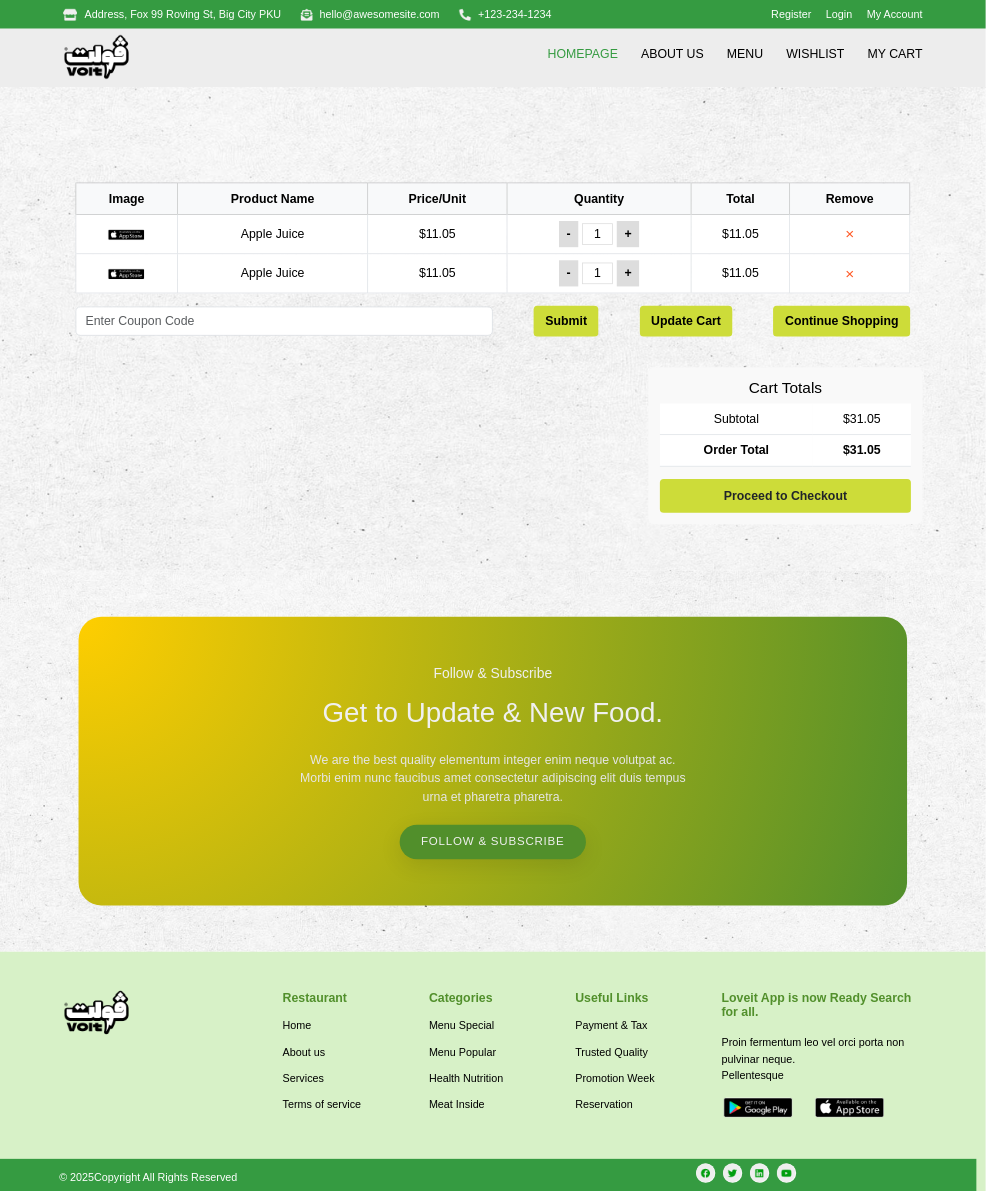
Repository: junivig/volt-new-project
Page: checkout.html
These files come from the project's save history. The page is drawn as it stood at one moment and after the next save; the edit follows.
The browser window is 1280 px wide. The pictures show the whole page, at 77% of full size.

Above is the page before, as saved 2025-01-31 18:00:50.

After the next save:
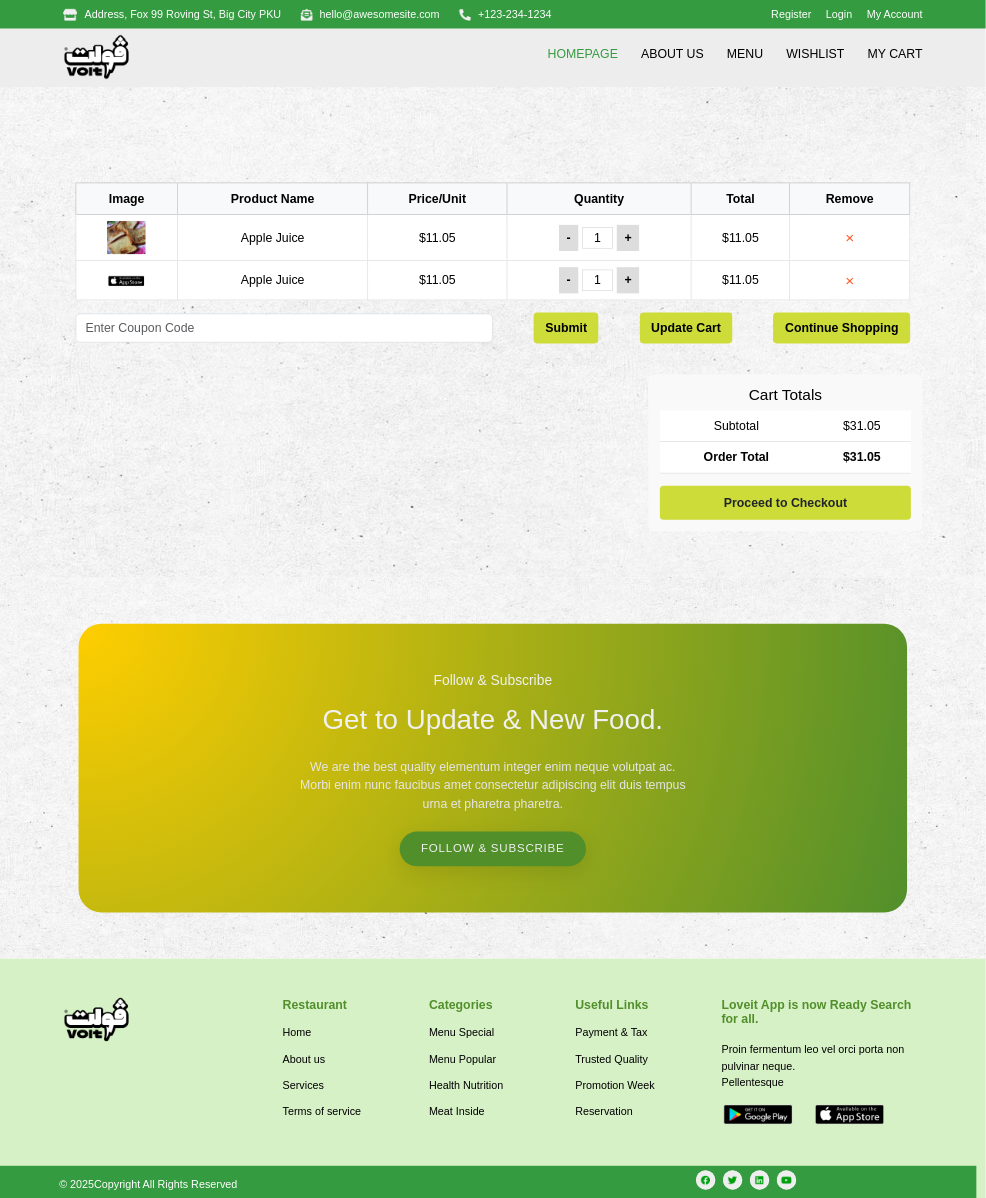
Saved 2 min 2 s later.
--- a/checkout.html
+++ b/checkout.html
@@ -131,7 +131,7 @@
                                 </thead>
                                 <tbody>
                                     <tr>
-                                        <td><img src="apple.png" alt="Apple"></td>
+                                        <td><img src="assets/img/breakfast.png" alt="Apple"></td>
                                         <td>Apple Juice</td>
                                         <td>$11.05</td>
                                         <td>
